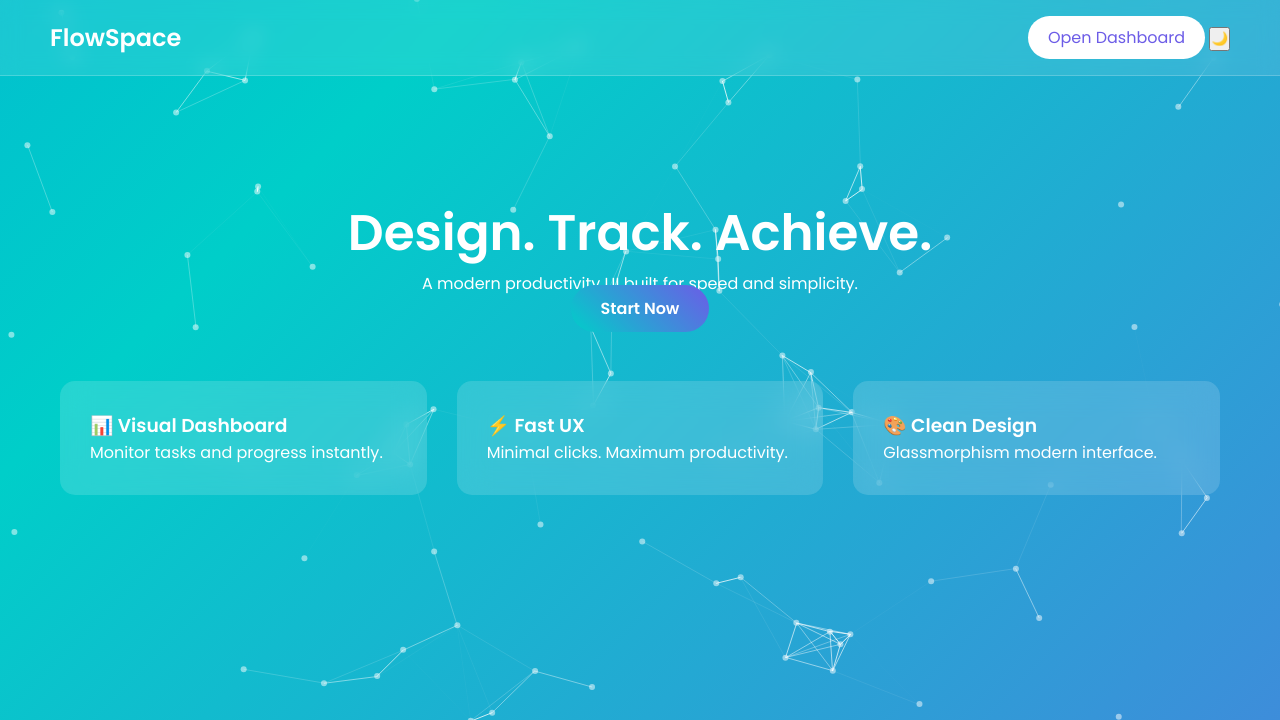
Repository: 07MADARA/flowspace-dashboard
Page: index.html
The author's editor kept a copy of each file at every save. The page is drawn from the files as they stood at one save, then again after a run of saves.
The browser window is 1280 px wide. The pictures show the whole page.

Above is the page before, as saved 2026-03-15 10:05:13.

After the next 2 saves:
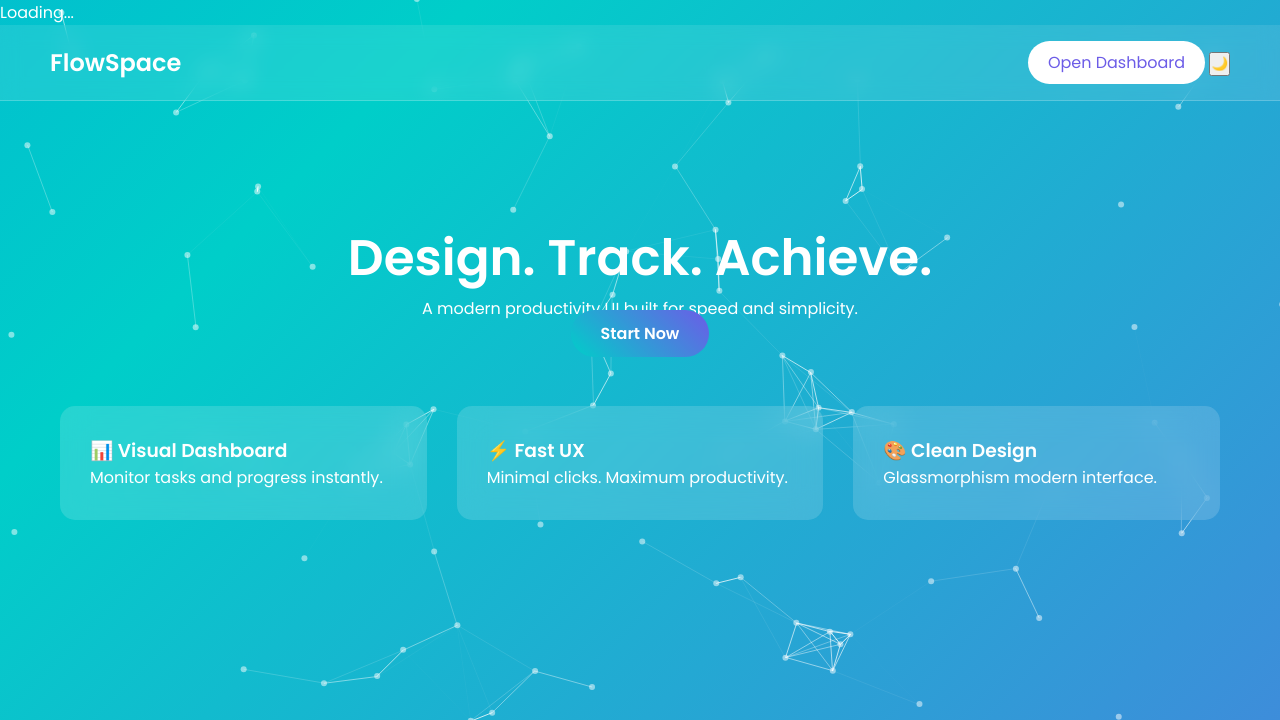
The 2 saves are shown as one change because they came seconds apart.
The last was saved 20 s later.
--- a/index.html
+++ b/index.html
@@ -40,6 +40,10 @@ move:{ speed:2 }
 </script>
 
 <body>
+
+    <div id="loader">
+Loading...
+</div>
 
 <nav>
 
